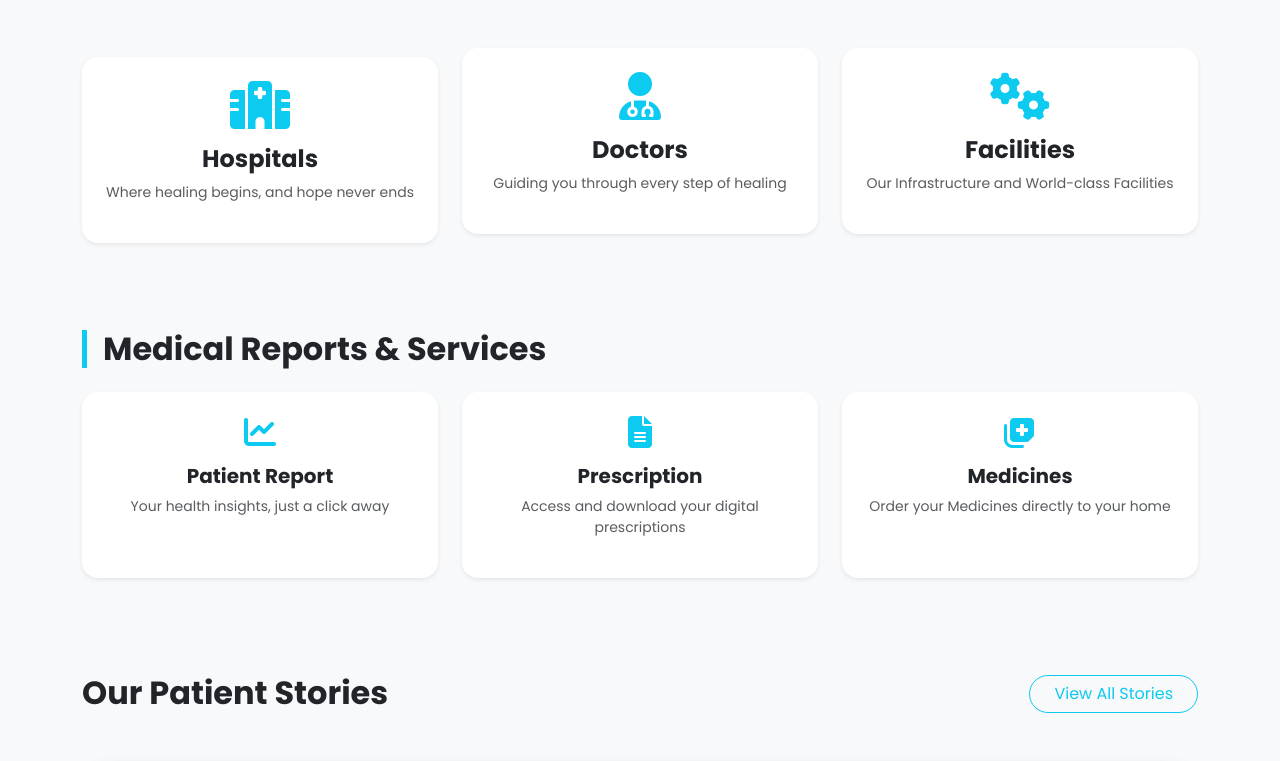
Repository: Rajasekaran0415/LifeCare-Management-System
Page: Project/index.html
An editor plug-in stored every save of this project. The page is shown before and after a run of saves, followed by the edit.
The browser window is 1280 px wide. The pictures show the part of the page from y = 591 to 1352 px (the page is 2436 px tall).
The pointer rests on the first visible `.hover-card`.
Pictures or frames that could not be fetched are drawn as grey boxes.

Above is the page before, as saved 2026-01-11 22:26:38.

### Project/index.html
<!DOCTYPE html>
<html lang="en">
<head>
    <meta charset="UTF-8">
    <meta name="viewport" content="width=device-width, initial-scale=1.0">
    <title>LifeCare HomePage</title>
    <link href="https://fonts.googleapis.com/css2?family=Poppins:wght@300;400;600;700&display=swap" rel="stylesheet">
    <link href="https://cdn.jsdelivr.net/npm/bootstrap@5.3.2/dist/css/bootstrap.min.css" rel="stylesheet">
    <link rel="stylesheet" href="https://cdnjs.cloudflare.com/ajax/libs/font-awesome/6.4.0/css/all.min.css">
    <link rel="stylesheet" href="https://cdnjs.cloudflare.com/ajax/libs/animate.css/4.1.1/animate.min.css"/>

    <style>
        body { font-family: 'Poppins', sans-serif; background-color: #f8f9fa; }
        .hero-bg {
            background: linear-gradient(to bottom, rgba(6, 206, 237, 0.6), rgba(220, 220, 220, 0.4)),
                        url('https://i.pinimg.com/736x/13/72/7c/13727ce57a9d2e26e7c582dc60369b36.jpg');
            background-size: cover; background-position: center; height: 70vh;
        }
        /* Custom hover effect for your cards */
        .hover-card:hover { transform: translateY(+9px); transition: 0.4s; }
    </style>
</head>
<body>

<nav class="navbar navbar-expand-lg navbar-light bg-white sticky-top shadow-sm py-3">
    <div class="container">
        <a class="navbar-brand d-flex align-items-center fw-bold fs-4" href="index.html">
          <img src="logo.png" alt="..." height="45" class="me-2">LifeCare
        </a>
        <button class="navbar-toggler" type="button" data-bs-toggle="collapse" data-bs-target="#navbarNav">
            <span class="navbar-toggler-icon"></span>
        </button>
        <div class="collapse navbar-collapse" id="navbarNav">
            <ul class="navbar-nav ms-auto gap-2">
                <li class="nav-item"><a href="index.html" class="nav-link active">Home</a></li>
                <li class="nav-item"><a href="doctors.html" class="nav-link">Doctors</a></li>
                <li class="nav-item"><a href="profile.html" class="nav-link">Profile</a></li>
                <li class="nav-item"><a href="inbox.html" class="nav-link">Inbox</a></li>
                <li class="nav-item ms-lg-3"><a href="login.html" class="btn btn-outline-info rounded-pill px-4">Login</a></li>
                <li class="nav-item"><a href="signup.html" class="btn btn-info bg-gradient text-white rounded-pill px-4">Sign-up</a></li>
            </ul>
        </div>
    </div>
</nav>

<section class="hero-bg d-flex align-items-center text-white text-center">
    <div class="container animate__animated animate__fadeIn">
        <h1 class="display-3 fw-bold mb-3">Better Care for a Better Tomorrow</h1>
        <p class="lead mb-4 opacity-75">Our goal is to build healthier futures with expert care, trust, and innovation</p>
        <a href="bookAppointment.html" class="btn btn-info btn-lg bg-gradient text-white rounded-pill px-5 shadow">Book Appointment</a>
    </div>
</section>

<div class="container py-5 mt-n5">
    <div class="row g-4 justify-content-center">
        <div class="col-md-4">
            <a href="hospital.html" class="text-decoration-none h-100">
                <div class="card h-100 border-0 shadow-sm rounded-4 p-4 text-center hover-card animate__animated animate__zoomIn">
                    <i class="fa-solid fa-hospital fa-3x text-info mb-3"></i>
                    <h4 class="text-dark fw-bold">Hospitals</h4>
                    <p class="text-muted small">Where healing begins, and hope never ends</p>
                </div>
            </a>
        </div>
        <div class="col-md-4">
            <a href="doctors.html" class="text-decoration-none h-100">
                <div class="card h-100 border-0 shadow-sm rounded-4 p-4 text-center hover-card animate__animated animate__zoomIn animate__delay-1s">
                    <i class="fas fa-user-md fa-3x text-info mb-3"></i>
                    <h4 class="text-dark fw-bold">Doctors</h4>
                    <p class="text-muted small">Guiding you through every step of healing</p>
                </div>
            </a>
        </div>
        <div class="col-md-4">
            <a href="facilities.html" class="text-decoration-none h-100">
                <div class="card h-100 border-0 shadow-sm rounded-4 p-4 text-center hover-card animate__animated animate__zoomIn animate__delay-2s">
                    <i class="fas fa-cogs fa-3x text-info mb-3"></i>
                    <h4 class="text-dark fw-bold">Facilities</h4>
                    <p class="text-muted small">Our Infrastructure and World-class Facilities</p>
                </div>
            </a>
        </div>
    </div>
</div>

<div class="container py-5">
    <h2 class="fw-bold mb-4 border-start border-info border-5 ps-3">Medical Reports & Services</h2>
    <div class="row g-4">
        <div class="col-md-4">
            <div class="card border-0 shadow-sm rounded-4 p-4 text-center h-100 bg-white">
                <a href="patientreport.html" class="text-decoration-none">
                    <i class="fas fa-chart-line fa-2x text-info mb-3"></i>
                    <h5 class="text-dark fw-bold">Patient Report</h5>
                    <p class="text-muted small">Your health insights, just a click away</p>
                </a>
            </div>
        </div>
        <div class="col-md-4">
            <div class="card border-0 shadow-sm rounded-4 p-4 text-center h-100 bg-white">
                <a href="prescription.html" class="text-decoration-none">
                    <i class="fas fa-file-alt fa-2x text-info mb-3"></i>
                    <h5 class="text-dark fw-bold">Prescription</h5>
                    <p class="text-muted small">Access and download your digital prescriptions</p>
                </a>
            </div>
        </div>
        <div class="col-md-4">
            <div class="card border-0 shadow-sm rounded-4 p-4 text-center h-100 bg-white">
                <i class="fas fa-notes-medical fa-2x text-info mb-3"></i>
                <h5 class="text-dark fw-bold">Medicines</h5>
                <p class="text-muted small">Order your Medicines directly to your home</p>
            </div>
        </div>
    </div>
</div>

<section class="container py-5 mb-5">
    <div class="d-flex justify-content-between align-items-end mb-5">
        <h2 class="fw-bold m-0">Our Patient Stories</h2>
        <a href="viewall.html" class="btn btn-outline-info rounded-pill px-4">View All Stories</a>
    </div>

    <div class="row align-items-center g-0 bg-white shadow rounded-5 overflow-hidden mb-5 animate__animated animate__fadeInLeft">
        <div class="col-md-4">
            <img src="https://i.pinimg.com/736x/4f/6f/b6/4f6fb681f4df3d3f47611939044ee90b.jpg" alt="Ravi" class="img-fluid w-100" style="height: 350px; object-fit: cover;">
        </div>
        <div class="col-md-8 p-4 p-lg-5 bg-info bg-gradient text-white">
            <h3 class="fw-bold">Early Diabetes Detection</h3>
            <h5 class="fw-light mb-3">Ravi Kumar, 66</h5>
            <p class="opacity-90">"I just had a mild headache and went for a basic health checkup. The lab tests found high blood sugar levels I never knew I had. Thanks to early detection, I’m now managing my health with the right treatment..."</p>
        </div>
    </div>

    <div class="row align-items-center g-0 bg-white shadow rounded-5 overflow-hidden flex-md-row-reverse animate__animated animate__fadeInRight">
        <div class="col-md-4">
            <img src="https://i.pinimg.com/1200x/1b/e0/ab/1be0abc1a59235efb732b06a05f57e02.jpg" alt="Shanthi" class="img-fluid w-100" style="height: 350px; object-fit: cover;">
        </div>
        <div class="col-md-8 p-4 p-lg-5 bg-primary bg-gradient text-white">
            <h3 class="fw-bold">Chest Pain Wasn’t Just Stress</h3>
            <h5 class="fw-light mb-3">Shanthi Devi, 68</h5>
            <p class="opacity-90">"I thought my chest discomfort was just anxiety, but the doctors insisted on a heart scan. It showed early signs of blockage. Immediate care saved me from a major heart attack..."</p>
        </div>
    </div>
</section>

<footer class="bg-dark text-white pt-5 pb-3">
    <div class="container">
        <div class="row g-4 mb-4">
            <div class="col-lg-3">
                <h4 class="fw-bold text-info">LifeCare</h4>
                <p class="text-secondary small">Your trusted partner in health and wellness since 2025.</p>
            </div>
            <div class="col-6 col-lg-3">
                <h6 class="fw-bold">Quick Links</h6>
                <ul class="list-unstyled text-secondary small">
                    <li><a href="index.html" class="text-reset text-decoration-none">Home</a></li>
                    <li><a href="#" class="text-reset text-decoration-none">About Us</a></li>
                    <li><a href="#" class="text-reset text-decoration-none">Contact</a></li>
                </ul>
            </div>
            <div class="col-6 col-lg-3">
                <h6 class="fw-bold">Contact Us</h6>
                <p class="text-secondary small mb-1">contact@lifecare.com</p>
                <p class="text-secondary small mb-1">+91 98765 43210</p>
                <p class="text-secondary small">Chennai, Tamil Nadu, India</p>
            </div>
            <div class="col-lg-3">
                <h6 class="fw-bold">Follow Us</h6>
                <div class="d-flex gap-3 fs-5">
                    <i class="fab fa-facebook text-info"></i>
                    <i class="fab fa-instagram text-info"></i>
                </div>
            </div>
        </div>
        <div class="border-top border-secondary pt-3 text-center">
            <p class="small text-secondary mb-0">&copy; 2026 LifeCare. All rights reserved.</p>
        </div>
    </div>
</footer>

<script src="https://cdn.jsdelivr.net/npm/bootstrap@5.3.2/dist/js/bootstrap.bundle.min.js"></script>
</body>
</html>

After the next 2 saves:
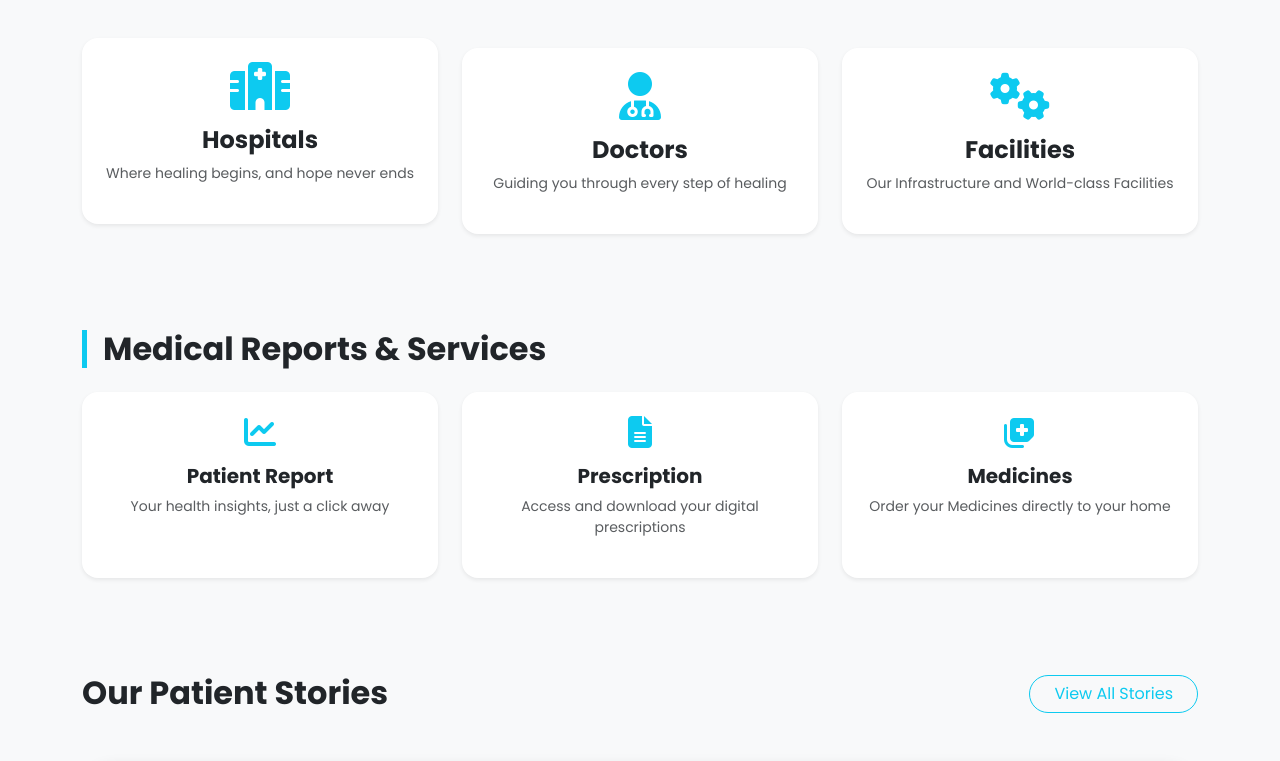
The 2 saves are shown as one change because they came seconds apart.
The last was saved 88 s later.
--- a/Project/index.html
+++ b/Project/index.html
@@ -17,7 +17,7 @@
             background-size: cover; background-position: center; height: 70vh;
         }
         /* Custom hover effect for your cards */
-        .hover-card:hover { transform: translateY(+9px); transition: 0.4s; }
+        .hover-card:hover { transform: translateY(-10px); transition: 0.4s; }
     </style>
 </head>
 <body>
